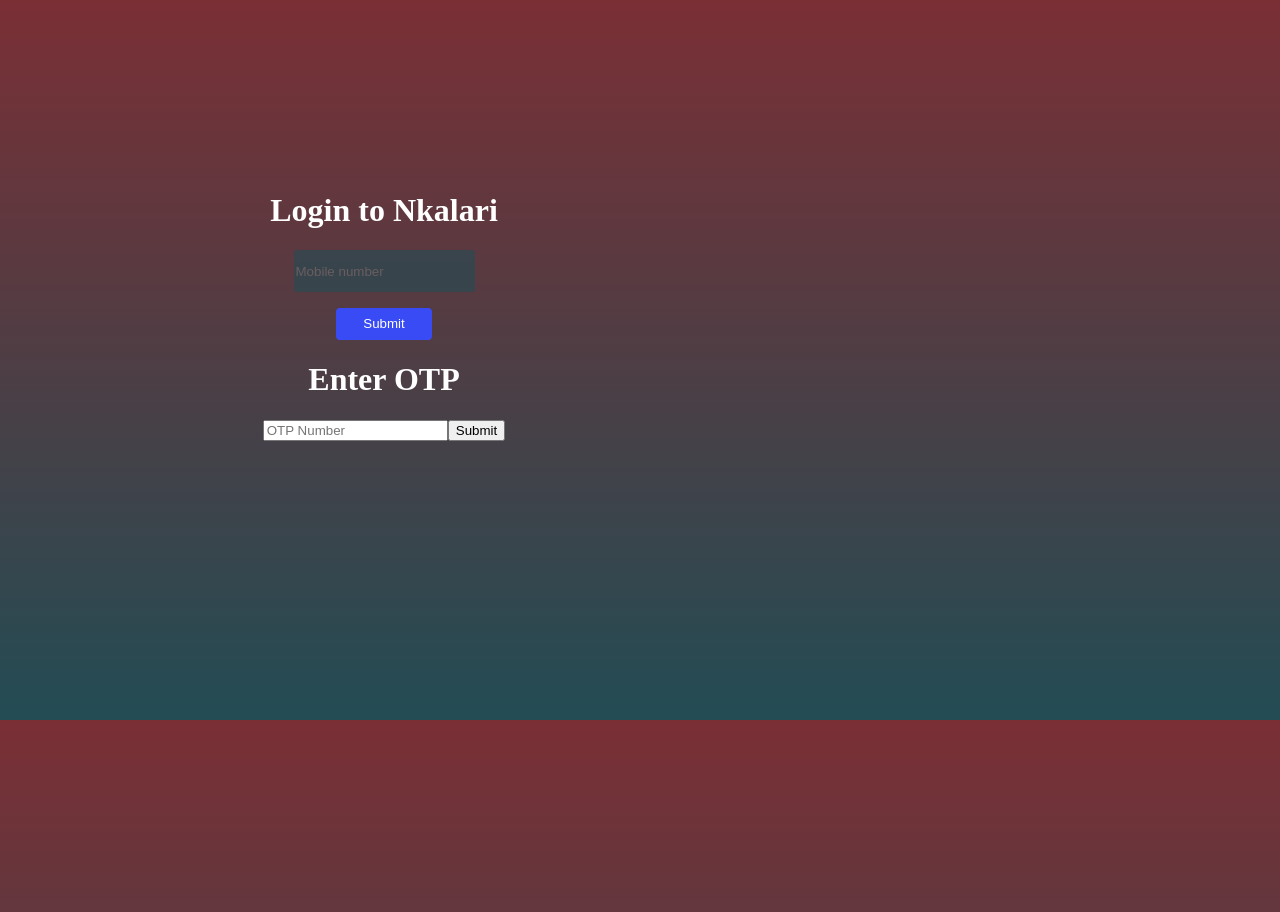
Repository: jagan607/N-Kalari
Page: /
An editor plug-in stored every save of this project. The page is shown before and after the next save, followed by the edit.
The browser window is 1280 px wide. The pictures show the whole page.
The project was rebuilt for these pictures with package versions that can differ from the ones it lists, and the page was loaded fresh each time. Also part of the build but not shown: src/App.css, src/components/wallet/index.css, src/services/user.service.js, src/actions/user.action.js, src/components/wallet/Wallet.js. Imported but missing from the stored project, and not drawn on this page: src/constants/user.constants, src/reducers/rootReducer.

Above is the page before, as saved 2022-01-08 16:55:07.

### src/index.css
body,
html,
.App,
#root,
.main {
  width: 100%;
  height:100%;
  scroll-behavior: smooth;

}
body{
    margin: 0;
    padding: 0;
    text-align: center;
    background-image: linear-gradient(#7A2F35, #234C54);
  }

### src/App.js
import logo from './logo.svg';
import './App.css';
import React, { Component } from "react"
import Login from './components/Login/Login'
import {Wallet} from './components/wallet/Wallet'
import {history} from './helpers/history'
import {Router, Route, Routes } from "react-router-dom";


class App extends Component {
  constructor(props) {
    super(props);
  }

  render() {
    return(
      <div>
        <Login></Login>

        {/* <Wallet></Wallet> */}

          {/* <Route exact path="/">
          </Route> */}
          {/* <Route exact path="/wallet">
            <Wallet/>
          </Route> */}
     </div>
    );
}
}

export default App;

### src/helpers/store.js
import { createStore, applyMiddleware, compose } from "redux";
import thunkMiddleware from "redux-thunk";
import { createLogger } from "redux-logger";
import rootReducer from "./../reducers/rootReducer";


const composeEnhancers = window.__REDUX_DEVTOOLS_EXTENSION_COMPOSE__ || compose;

const loggerMiddleware = createLogger();

export const store = createStore(
  rootReducer,
  composeEnhancers(applyMiddleware(thunkMiddleware, loggerMiddleware))
);

### src/components/Login/Login.js
import { render } from "@testing-library/react";
import React, { Component } from "react"
import {Wallet} from "../wallet/Wallet";
import firebase from './../../helpers/firebase'
import {history} from './../../helpers/history'
import styles from './index.css';

class Login extends Component{
    constructor(props){
        super(props);

    }


handleChange = (e) =>{
    const {name, value } = e.target
    this.setState({
        [name]: value
      })
  }
  configureCaptcha = () =>{
    window.recaptchaVerifier = new firebase.auth.RecaptchaVerifier('sign-in-button', {
      'size': 'invisible',
      'callback': (response) => {

        this.onSignInSubmit();
        console.log("Recaptca varified")
      },
      defaultCountry: "IN"
    });
  }
  onSignInSubmit = (e) => {
    e.preventDefault()
    this.configureCaptcha()
    const phoneNumber = "+91" + this.state.mobile
    console.log(phoneNumber)
    const appVerifier = window.recaptchaVerifier;
    firebase.auth().signInWithPhoneNumber(phoneNumber, appVerifier)
        .then((confirmationResult) => {

          window.confirmationResult = confirmationResult;
          console.log("OTP has been sent")

        }).catch((error) => {

          console.log("SMS not sent")
        });
  }
  onSubmitOTP = (e) =>{
    e.preventDefault()
    const code = this.state.otp
    console.log(code)
    window.confirmationResult.confirm(code).then((result) => {
      // User signed in successfully.
      const user = result.user;
      console.log(JSON.stringify(user))
      return <Wallet></Wallet>

    }).catch((error) => {

    });
  }

render(){
    return(
        <div className="login-input-section">
        <h1 className="Login-heading">Login to Nkalari</h1>
        <form onSubmit={this.onSignInSubmit}>
          {/* <div id="sign-in-button" ></div> */}
          <input className="mobile-input" type="number" name="mobile" placeholder="Mobile number" required onChange={this.handleChange}/>

        </form>
        <button type="submit" className="btn-signin">Submit</button>

        <h1>Enter OTP</h1>
        <form onSubmit={this.onSubmitOTP}>
          <input type="number" name="otp" placeholder="OTP Number" required onChange={this.handleChange}/>
          <button type="submit">Submit</button>
        </form>
      </div>
    );
}

}

export default Login;

### src/helpers/firebase.js
import firebase from 'firebase/compat/app';
import 'firebase/compat/auth';

var firebaseConfig = {
    apiKey: "AIzaSyDZjLb_085wvPOTY7agukIuBDpo2tSR5GM",
    authDomain: "nkalari-8f0ee.firebaseapp.com",
    projectId: "nkalari-8f0ee",
    storageBucket: "nkalari-8f0ee.appspot.com",
    messagingSenderId: "627102137961",
    appId: "1:627102137961:web:5232a754646159907d6cf8",
    measurementId: "G-GL01VM6V4Y"
  };

firebase.initializeApp(firebaseConfig);

export default firebase;

### src/components/Login/index.css

.login-input-section{
    width: 60%;
    height: 100%;
    color: white;
    margin-top: 15%;
    margin-left: 0;
}

.mobile-input{
    height: 40px;
    background-color: #234C54;
    opacity: 0.6;
    border-radius: 3px;
    border :none;
}

.btn-signin{
    width: 6rem;
    height: 2rem;
    background: #384BF5;
    border-radius: 4px;
    color: white;
    border: none;
    max-width: 100%;
    margin-top: 2%;

}

Loaded but not shown: public/index.html (common file); src/index.js (common file); src/reportWebVitals.js (common file); src/helpers/history.js (common file)

After the next save:
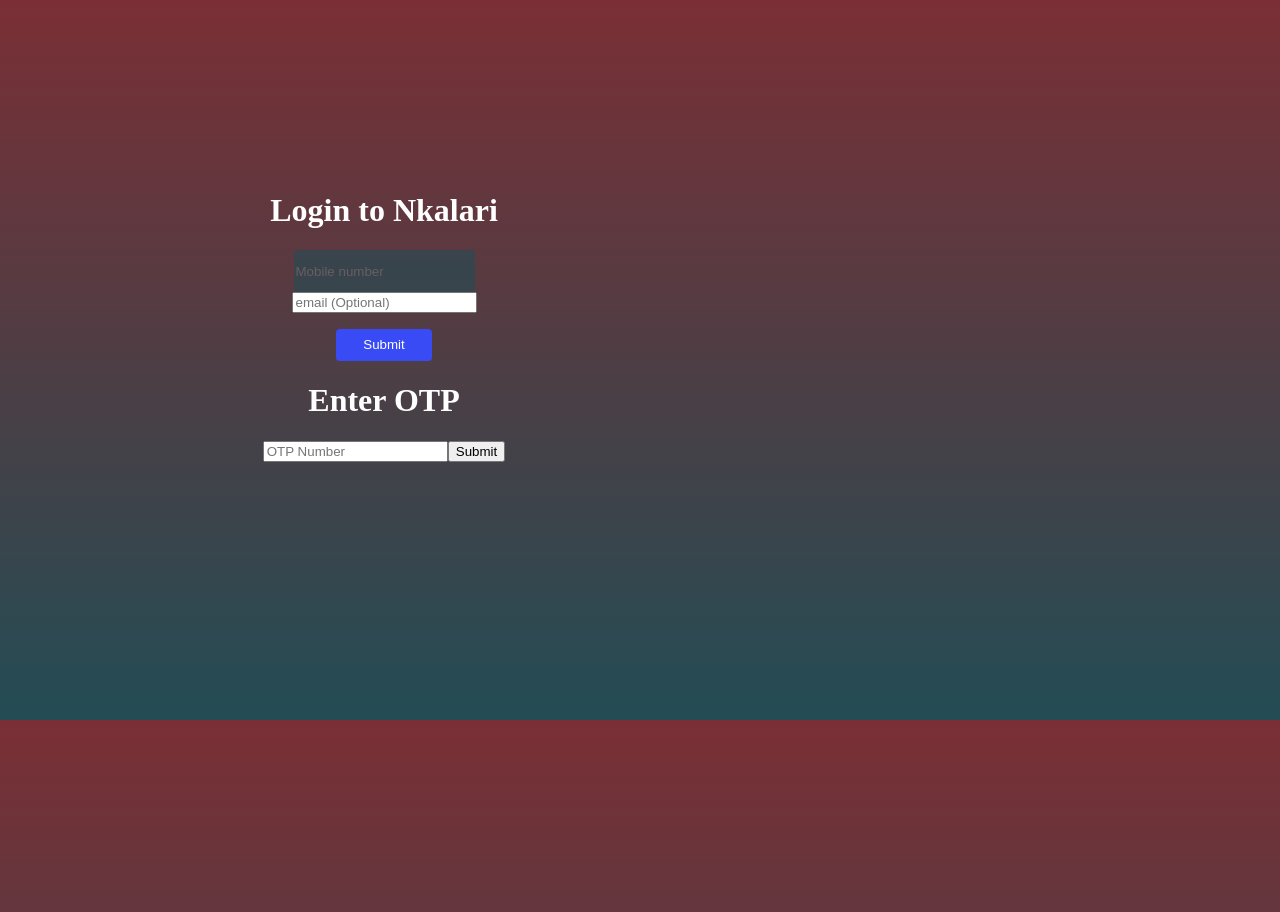
Saved 3 min 9 s later.
--- a/src/components/Login/Login.js
+++ b/src/components/Login/Login.js
@@ -70,6 +70,12 @@
           <input className="mobile-input" type="number" name="mobile" placeholder="Mobile number" required onChange={this.handleChange}/>
 
         </form>
+
+        <form onSubmit={this.onSignInSubmit}>
+          {/* <div id="sign-in-button" ></div> */}
+          <input className="email-input" type="text" name="email" placeholder="email (Optional)" required onChange={this.handleChange}/>
+
+        </form>
         <button type="submit" className="btn-signin">Submit</button>
 
         <h1>Enter OTP</h1>
